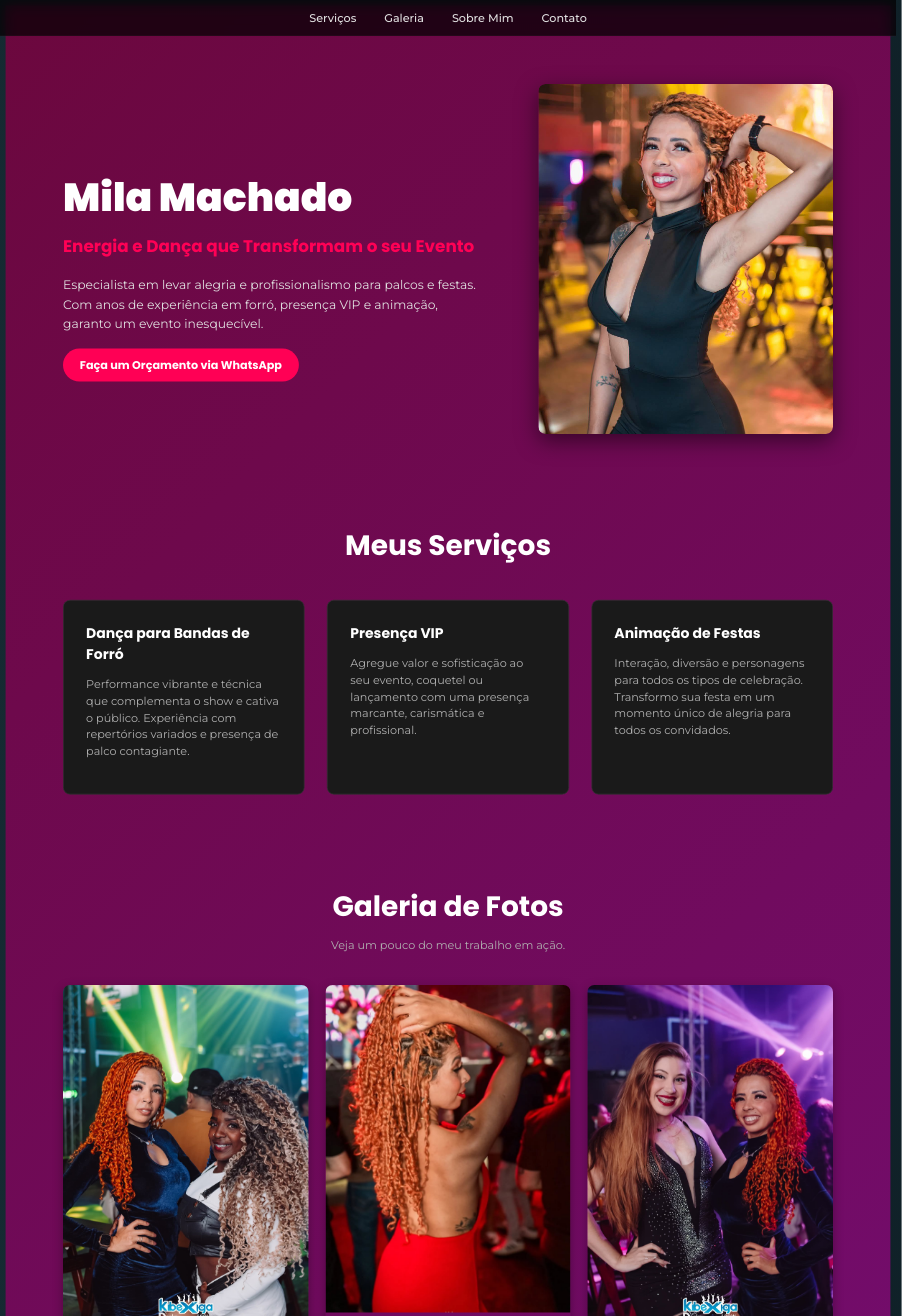
Repository: nardogod/portfolio-mila-machado
Page: /portfolio
An editor plug-in stored every save of this project. The page is shown before and after the next save, followed by the edit.
The browser window is 1280 px wide. The page is 1288 px wide, so the pictures cover 1288 px, including what lies to the right of the window. The pictures show the part of the page from y = 0 to 1880 px (the page is 3785 px tall), at 70% of full size.
The project was rebuilt for these pictures with package versions that can differ from the ones it lists, and the page was loaded fresh each time. The framework's server and built-in components were replaced by stand-ins that run in the browser.

Above is the page before, as saved 2025-08-19 04:54:32.

After the next save:
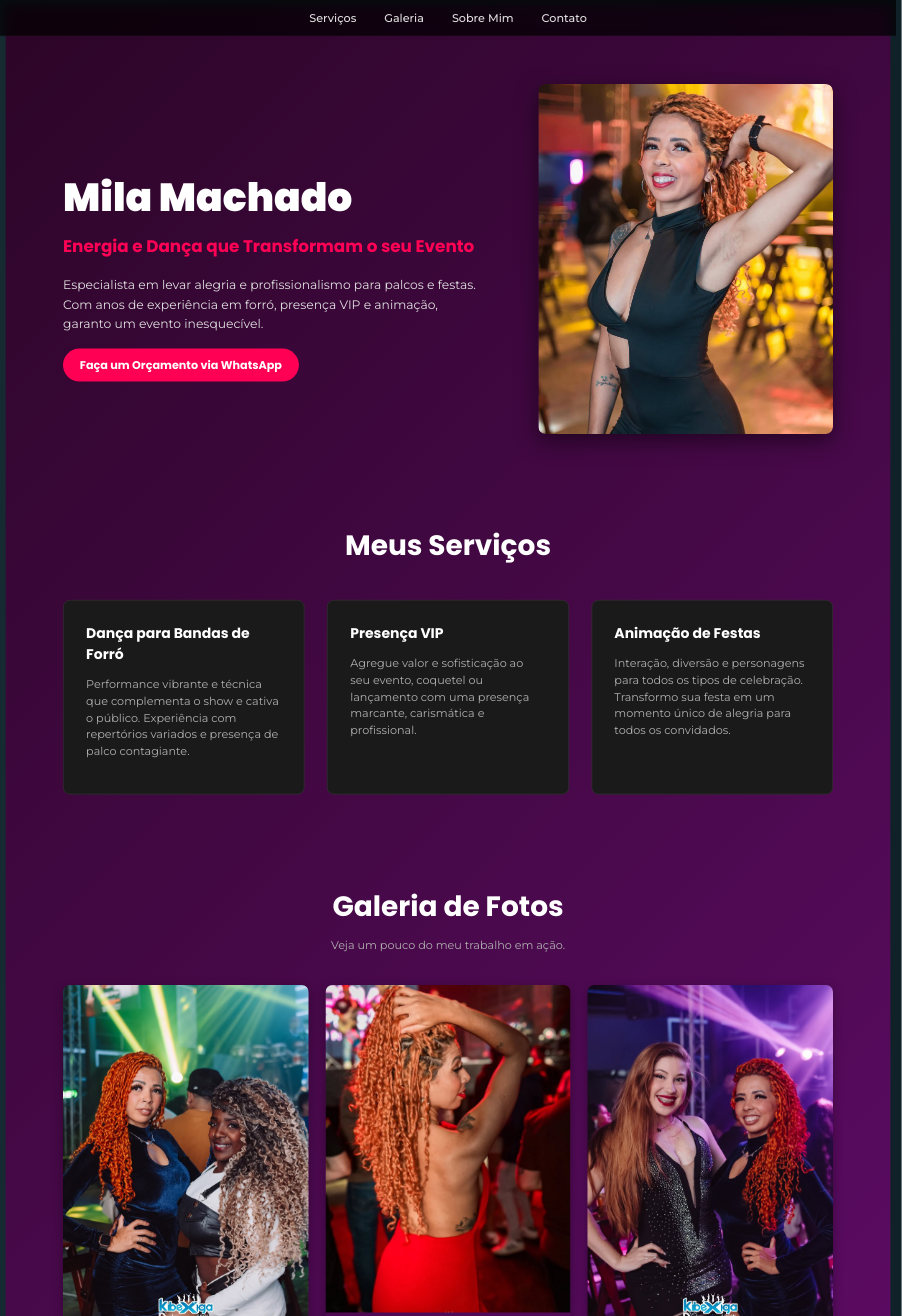
Saved 34 s later.
--- a/styles/Portfolio.module.css
+++ b/styles/Portfolio.module.css
@@ -9,7 +9,7 @@
   min-height: 100vh;
   padding: 2rem;
   /* Efeito de fundo com gradiente animado */
-  background: linear-gradient(315deg, #da3012, #770f85, #680526, #e91607);
+  background: linear-gradient(315deg, #da3012, #770f85, #130208, #e91607);
   background-size: 400% 400%;
   animation: gradientAnimation 20s ease-in-out infinite;
   color: #f0f0f0;
